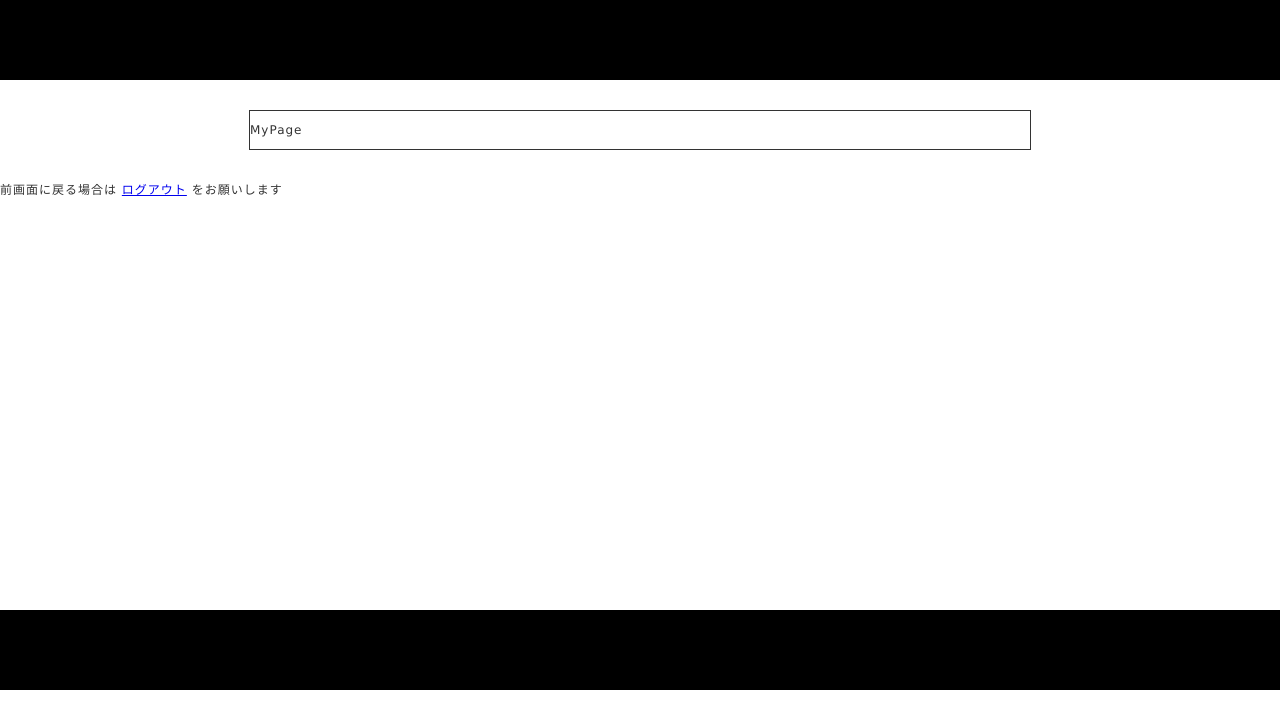
Repository: Wildbird-Yachou/test
Page: http://localhost/template/myPage.jsp
The author's editor kept a copy of each file at every save. The page is drawn from the files as they stood at one save, then again after the next save.
The browser window is 1280 px wide. The pictures show the whole page.
The page is served by Tomcat 9. Other server files are loaded and not shown.

Above is the page before, as saved 2018-09-12 12:39:39.

### template/WebContent/myPage.jsp
<%@ page language="java" contentType="text/html; charset=UTF-8"
    pageEncoding="UTF-8"%>
<%@ taglib prefix="s" uri="/struts-tags" %>
<!DOCTYPE html PUBLIC "-//W3C//DTD HTML 4.01 Transitional//EN" "http://www.w3.org/TR/html4/loose.dtd">
<html>
<head>
<meta http-equiv="Content-Type" content="text/html; charset=UTF-8">
<meta http-equiv="Content-Style-Type" content="text/css" />
<meta http-equiv="Content-Script-Type" content="text/javascript" />
<meta http-equiv="imagetoolbar" content="no" />
<meta name="description" content="" />
<meta name="keywords" content="" />
<title>MyPage画面</title>

<style type="text/css">
body{
margin:0;
padding:0;
ilne-height:1.6;
letter-spacing:1px;
font-family:Verdana,Helvetica,sans-serif;
font-size:12px;
color:#333;
background:#fff;
}

table{
text-align:center;
margin:0 auto;
}

#top{
width:780px;
margin:30px auto;
border:1px solid #333;
}

#header{
width:100%;
height:80px;
background-color:black;
}

#main{
width:100%;
height:500px;
taxt-align:center;
}

#footer{
width:100%;
height:80px;
background-color:black;
clear:both;
}
</style>
</head>
<body>
 <div id="header">
  <div id="pr">
  </div>
 </div>
 <div id="main">
  <div id="top">
   <p>MyPage</p>
  </div>
  <div>
  <s:if test="session.message == ''">
   <h3>ご購入情報は以下になります。</h3>
   <table>
    <tr>
     <td>商品名</td>
     <td><s:property value="session.nuyItem_name" /></td>
    </tr>
    <tr>
     <td>値段</td>
     <td>
      <s:property value="session.total_price" />
       <span>円</span>
     </td>
    </tr>
    <tr>
     <td>購入個数</td>
     <td>
      <s:property value="session.total_count" />
       <span>個</span>
     </td>
    </tr>
    <tr>
     <td>支払い方法</td>
     <td><s:property value="session.total_payment" /></td>
    </tr>
   </table>
   <s:form action="MyPageAction">
    <input type="hidden" name="deleteFlg" value="1">
    <s:submit value="削除" method="delete" />
   </s:form>
  </s:if>
  <s:if test="session.message !=null">
   <h3><s:property value="session.message" /></h3>
  </s:if>
   <div>
    <span>前画面に戻る場合は</span>
    <a href='<s:url action="HomeAction" />'>ログアウト</a>
    <span>をお願いします</span>
   </div>
  </div>
 </div>
 <div id="footer">
  <div id="pr">
  </div>
 </div>

</body>
</html>

After the next save:
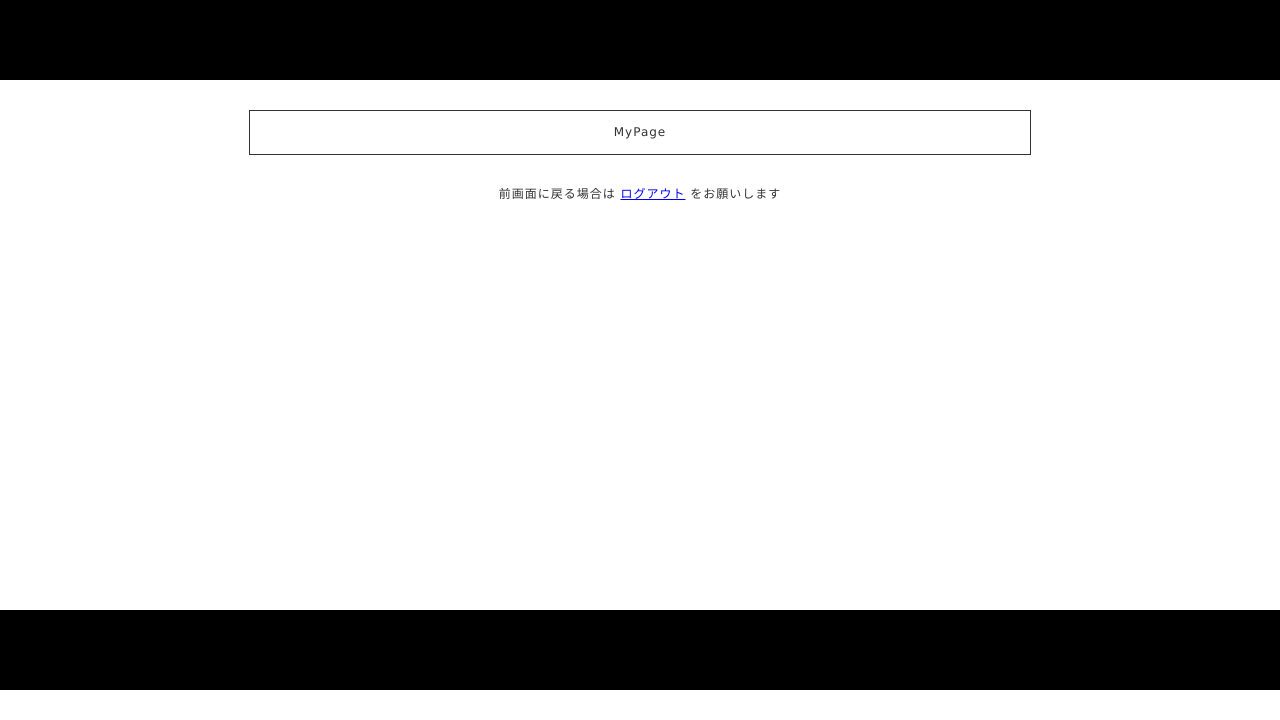
Saved 84 s later.
--- a/template/WebContent/myPage.jsp
+++ b/template/WebContent/myPage.jsp
@@ -16,7 +16,7 @@
 body{
 margin:0;
 padding:0;
-ilne-height:1.6;
+line-height:1.6;
 letter-spacing:1px;
 font-family:Verdana,Helvetica,sans-serif;
 font-size:12px;
@@ -44,7 +44,7 @@
 #main{
 width:100%;
 height:500px;
-taxt-align:center;
+text-align:center;
 }
 
 #footer{
